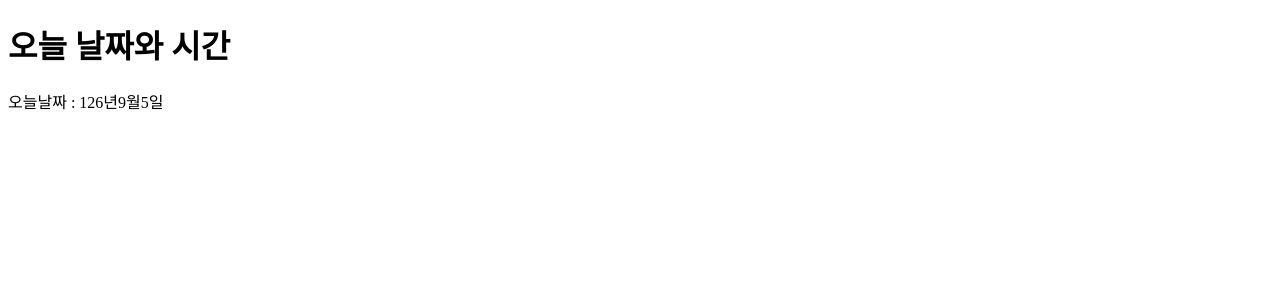
Repository: hyeongu135-ui/Jsp2026
Page: http://localhost/chapter01/test03.jsp
These files come from the project's save history. The page is drawn as it stood at one moment and after the next save; the edit follows.
The browser window is 1280 px wide. The pictures show the whole page.
The page is served by Tomcat 9.

Above is the page before, as saved 2026-10-16 02:45:17.

### chapter01/src/main/webapp/test03.jsp
<%@ page language="java" contentType="text/html; charset=UTF-8"
	pageEncoding="UTF-8" import="java.util.*"%>
<!DOCTYPE html>
<html>
<head>
<meta charset="UTF-8">
<title>Insert title here</title>
</head>
<body>
	<h1>오늘 날짜와 시간</h1>
	<%
	Date today = new Date();
	int year = today.getYear();
	int month = today.getMonth();
	int day = today.getDay();
	%>
	오늘날짜 : <%=year+"년"+month+"월"+day+"일" %>
</body>
</html>

After the next save:
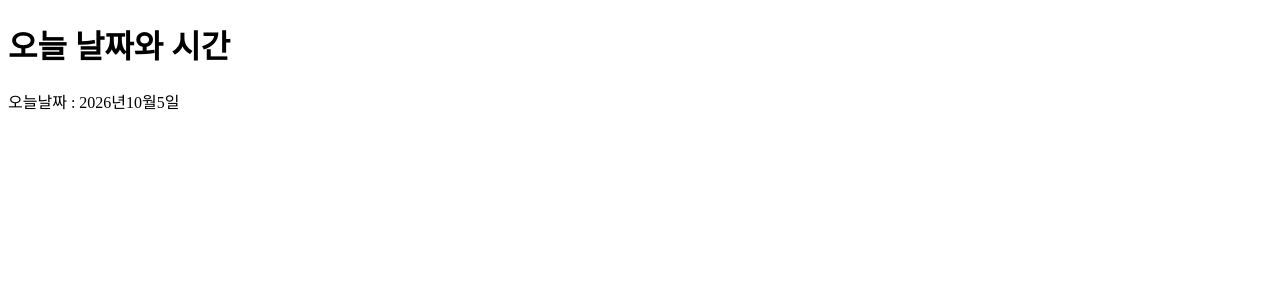
Saved 43 s later.
--- a/chapter01/src/main/webapp/test03.jsp
+++ b/chapter01/src/main/webapp/test03.jsp
@@ -10,8 +10,8 @@
 	<h1>오늘 날짜와 시간</h1>
 	<%
 	Date today = new Date();
-	int year = today.getYear();
-	int month = today.getMonth();
+	int year = today.getYear()+1900;
+	int month = today.getMonth()+1;
 	int day = today.getDay();
 	%>
 	오늘날짜 : <%=year+"년"+month+"월"+day+"일" %>
